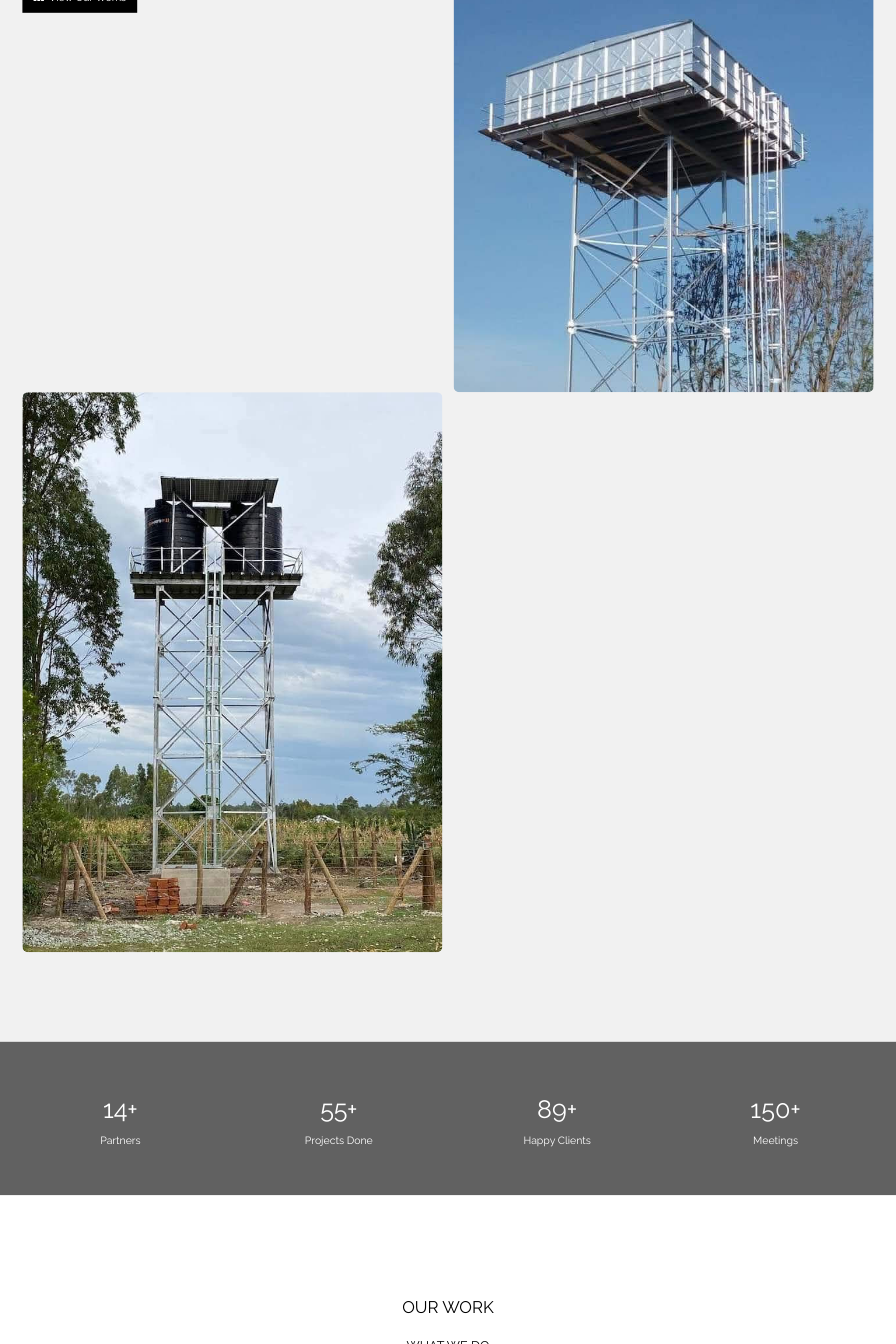
Repository: peterclermy232/LAZCOM
Page: index.html
An editor plug-in stored every save of this project. The page is shown before and after the next save, followed by the edit.
The browser window is 1280 px wide. The pictures show the part of the page from y = 2065 to 3985 px (the page is 7470 px tall), at 70% of full size.
A picture or video elsewhere on the page could not be fetched, so the positions and the page height are approximate.

Above is the page before, as saved 2022-06-23 08:23:19.

### index.html
<!DOCTYPE html>
<html>
<head>
<title>LAZCOM SOLAR AND ELECTRICALS SERVICES</title>
<meta charset="UTF-8">
<meta name="viewport" content="width=device-width, initial-scale=1">
<link rel="stylesheet" href="https://www.w3schools.com/w3css/4/w3.css">
<link rel="stylesheet" href="https://fonts.googleapis.com/css?family=Raleway">
<link rel="stylesheet" href="https://cdnjs.cloudflare.com/ajax/libs/font-awesome/4.7.0/css/font-awesome.min.css">
<style>
body,h1,h2,h3,h4,h5,h6 {font-family: "Raleway", sans-serif}

body, html {
  height: 100%;
  line-height: 1.8;
}

/* Full height image header */
.bgimg-1 {
  background-position: center;
  background-size: cover;
  background-image: url("images/sunsolar.jpeg");
  min-height: 100%;
}

.w3-bar .w3-button {
  padding: 16px;
}
</style>
</head>
<body>

<!-- Navbar (sit on top) -->
<div class="w3-top">
  <div class="w3-bar w3-white w3-card" id="myNavbar">

    <a href="#home" class="w3-bar-item w3-button w3-wide">
        <img src="images/images.png" alt="" style="width: 45%;">
    </a>
    <!-- Right-sided navbar links -->
    <div class="w3-right w3-hide-small">
      <a href="#about" class="w3-bar-item w3-button">ABOUT</a>
      <a href="#team" class="w3-bar-item w3-button"><i class="fa fa-user"></i> REFERENCES</a>
      <a href="#work" class="w3-bar-item w3-button"><i class="fa fa-th"></i> WORK</a>
      <!--<a href="#pricing" class="w3-bar-item w3-button"><i class="fa fa-usd"></i> PRICING</a>-->
      <a href="#contact" class="w3-bar-item w3-button"><i class="fa fa-envelope"></i> CONTACT</a>
    </div>
    <!-- Hide right-floated links on small screens and replace them with a menu icon -->

    <a href="javascript:void(0)" class="w3-bar-item w3-button w3-right w3-hide-large w3-hide-medium" onclick="w3_open()">
      <i class="fa fa-bars"></i>
    </a>
  </div>
</div>

<!-- Sidebar on small screens when clicking the menu icon -->
<nav class="w3-sidebar w3-bar-block w3-black w3-card w3-animate-left w3-hide-medium w3-hide-large" style="display:none" id="mySidebar">
  <a href="javascript:void(0)" onclick="w3_close()" class="w3-bar-item w3-button w3-large w3-padding-16">Close ×</a>
  <a href="#about" onclick="w3_close()" class="w3-bar-item w3-button">ABOUT</a>
  <a href="#team" onclick="w3_close()" class="w3-bar-item w3-button">REFERENCES</a>
  <a href="#work" onclick="w3_close()" class="w3-bar-item w3-button">WORK</a>
  <!--<a href="#pricing" onclick="w3_close()" class="w3-bar-item w3-button">PRICING</a>-->
  <a href="#contact" onclick="w3_close()" class="w3-bar-item w3-button">CONTACT</a>
</nav>

<!-- Header with full-height image -->
<header class="bgimg-1 w3-display-container w3-grayscale-min" id="home">
  <div class="w3-display-left w3-text-white" style="padding:48px">
    <span class="w3-jumbo w3-hide-small" style="color: green;">Services beyond you expectations</span><br>
    <span class="w3-xxlarge w3-hide-large w3-hide-medium">Start something that matters</span><br>
    <span class="w3-large">Lazcom is here to help you stay in a well ventilate house.</span>
    <p><a href="#about" class="w3-button w3-white w3-padding-large w3-large w3-margin-top w3-opacity w3-hover-opacity-off">Learn more and start today</a></p>
  </div>
  <div class="w3-display-bottomleft w3-text-grey w3-large" style="padding:24px 48px">

</header>

<!-- About Section -->
<div class="w3-container" style="padding:128px 16px" id="about">
  <h3 class="w3-center">ABOUT THE COMPANY</h3>
  <p class="w3-center w3-large">Key features of our company</p>
  <div class="w3-row-padding w3-center" style="margin-top:64px">
    <h3 style="text-align: center;">COMPANY PROFILE</h3>
<p>Lazcom Solar and Electrical Services Limited is a Company registered in Kenya
    in accordance to chap. 486 of Company’s act. Started in 2009 as a sole
    proprietorship, Lazcom Solar has grown in customer base and service and it
    was then registered as a Limited Company in Kenya in 2013.
    We
    specialize
    in
    design,
    selection,
    purchase,
    servicing,
    maintenance,
    replacement, installation, testing and commissioning of all types of green
    energy solutions up to and including solar water heating system, power back up
    systems,Borehole drilling and Equiping, solar water pump installation and to
    carry on business as consultants, advisers and service providers in respect of</p>
</div>
    <div class="">

      <p class="w3-large">Visson</p>
      <p>To be a leading alternative energy solutions provider by offering affordable and
        environmental friendly green energy solar solutions beyond the expectations of
        our clients.</p>
    </div>
    <div class="" style="margin: auto;">

      <p class="w3-large">Mission</p>
      <p>To satisfy our customers by offering efficient, effective, environmental friendly
        and affordable electric light, heating and power supplies using the latest
        technology and state of the art equipment for both commercial and residential
        use in accordance to our clients' needs.</p>
    </div>
</div>
    <div class="image">

        <p style="text-align: center;">Values</p>
        <p style="text-align: center;">Our Values Define our Being:</p>
        <div class="fakeimg">
            <ul>
              <li>We accept that challenges make us stronger and we enjoy the satisfaction of a
                job well done. We take action, make things real, work smart, have fun, and
                maintain a positive outlook in all things we do.</li>
              <li>We lead by example and use honesty, integrity, and open communications in all
                of our interactions.</li>
              <li>We strive to continually grow and improve as individuals, as a team, and as a
                company.</li>
              <li>We maintain a cost conscious attitude, promote increased efficiency, and
                ensure quality, which leads to a competitive edge in the marketplace.</li>
              <li>Sustainability and environmental stewardship through alternative energy
                sources and renewable energy systems is the core of our business, not only in
                our products and services we offer, but also the way we operate.</li>
              <li>We achieve customer satisfaction by honoring our commitments, exceeding
                expectations, and providing the highest quality products and service.</li>
            </ul>
          </div>
      </div>
</div>

<!-- Promo Section - "We know design" -->
<div class="w3-container w3-light-grey" style="padding:128px 16px">
  <div class="w3-row-padding">
    <div class="w3-col m6">
      <p><a href="#work" class="w3-button w3-black"><i class="fa fa-th"> </i> View Our Works</a></p>
    </div>
    <div class="w3-col m6">
      <img class="w3-image w3-round-large" src="images/metal.jpeg" alt="Buildings" width="700" height="394">
    </div>
    <div class="w3-col m6">

      <img class="w3-image w3-round-large" src="images/tank.jpeg" alt="Buildings" width="700" height="394">
    </div>

  </div>
</div>

<!-- Team Section -->
<!-- Promo Section "Statistics" -->
<div class="w3-container w3-row w3-center w3-dark-grey w3-padding-64">
  <div class="w3-quarter">
    <span class="w3-xxlarge">14+</span>
    <br>Partners
  </div>
  <div class="w3-quarter">
    <span class="w3-xxlarge">55+</span>
    <br>Projects Done
  </div>
  <div class="w3-quarter">
    <span class="w3-xxlarge">89+</span>
    <br>Happy Clients
  </div>
  <div class="w3-quarter">
    <span class="w3-xxlarge">150+</span>
    <br>Meetings
  </div>
</div>

<!-- Work Section -->
<div class="w3-container" style="padding:128px 16px" id="work">
  <h3 class="w3-center">OUR WORK</h3>
  <p class="w3-center w3-large">WHAT WE DO</p>

  <div class="w3-row-padding" style="margin-top:64px">
    <div class="w3-col l3 m6">
      <div class="w3-quarter">
        <img src="images/person1.jpeg" alt="">
      </div>

    </div>
   <!-- <div class="w3-col l3 m6">
      <div class="w3-quarter">
        <img src="images/person2.jpeg" alt="">
      </div>
    </div>
    -->
    <div class="w3-col l3 m6">
      <div class="w3-quarter">
        <img src="images/machine.jpeg" alt="">
      </div>
    </div>
  </div>

  <div class="w3-row-padding" style="margin-top:64px">
    <div class="w3-col l3 m6">
        <ol>
            <li>Designs, installations and Maintainance.</li>
            <li>Solar energy(lighting,water heating,pumping and street lighting)</li>
            <li>Power back-up system installation and maintainance</li>
            <li>Service and maintainance contracts</li>
            <li>Water pumps and Borehole services(Drilling and Equiping).</li>
            <li>General electrical designs and installations.</li>
            <li>Swimming pool design,installation and maintainance.</li>
          </ol>
    </div>
    <div class="w3-col l3 m6">
        <ol>
            <h3>We supply and install:</h3>
            <div>
              <li>Solar panels</li>
              <li>Generators</li>
              <li>Solar batteries</li>
              <li>Water pumps</li>
              <li>Inverters</li>
              <li>Electrical and plumbling</li>
              <li>Solar water heating systems</li>
              <li>Wiring</li>
              </div>
        </ol>
    </div>
    <div class="w3-col l3 m6">
        <h5>P.V application</h5>
        <ol>
          <li>Household appliances e.g. TVs, radio, home theatre, laptops etc</li>
          <li>Water pumping for small scale remote irrigation, stock watering and
            residential use.</li>
          <li>Lighting for residential needs, billboards, security, street lights, parking
            lots, pathways and schools.</li>
          <li>Refrigeration for medical and recreational uses.</li>
        </ol>
    </div>
    <div class="w3-col l3 m6">
        <p>Advantages of solar lighting</p>
  <ol>
    <li>Reliability</li>
    <li>Low operating costs</li>
    <li>Low environmental pollution</li>
    <li>Stand alone capability</li>
    <li>Portability</li>
    <li>Modularity</li>
    <li>Safety</li>
    <li>Ease of installation</li>
  </ol>
    </div>
  </div>

  <div class="w3-row-padding w3-section">
    <div class="w3-col l3 m6">
        <ol class=" flex-column">
            <h6><b>Solar powered water pumping systems (diagrams/pictures)</b></h6>
            <li class="nav-item">
              Grundfos -borehole applications
            </li>
            <li class="nav-item">
              Lorentzs pumps- for shallow wells,boreholes and booster applicati
            </li>
            <li class="nav-item">
              Dayliff pumps- shallow wells,surface and borehole pumps
            </li>
            <li class="nav-item">
              Solar security light
            </li>
            <li class="nav-item">
              Solar powered lanterns
            </li>
            <li class="nav-item">
              Solar garden lights
            </li>
            <li class="nav-item">
              Solar cell phone charger
            </li>
            <li class="nav-item">
              LED bulbs
            </li>
          </ol>
    </div>
    <div class="w3-col l3 m6">
        <p>Advantages of solar water system</p>
        <ol>
          <li>Energy Saving</li>
          <li>Use of free solar energy hence reduction of power bills.</li>
          <li>24 hours hot water</li>
          <li>Long life span-over 20 years</li>
          <li>Maintenance free system</li>
        </ol>
    </div>
    <div class="w3-col l3 m6">
        <p>Advantages of power backup systems</p>
        <ol>
          <li>Standby power in the event of main’s failure</li>
          <li>Alternative to generators which are expensive to maintain and fuel</li>
          <li>Instant and automatic changeover when the mains power fails</li>
          <li>Totally silent and non-polluting operation</li>
          <li>Very low running costs-just the power to charge the batteries</li>
        </ol>
    </div>
    <div class="w3-col l3 m6">
      <img src="/w3images/tech_tableturner.jpg" style="width:100%" onclick="onClick(this)" class="w3-hover-opacity" alt="A tableturner">
    </div>
  </div>
</div>

<!-- Modal for full size images on click-->
<div id="modal01" class="w3-modal w3-black" onclick="this.style.display='none'">
  <span class="w3-button w3-xxlarge w3-black w3-padding-large w3-display-topright" title="Close Modal Image">×</span>
  <div class="w3-modal-content w3-animate-zoom w3-center w3-transparent w3-padding-64">
    <img id="img01" class="w3-image">
    <p id="caption" class="w3-opacity w3-large"></p>
  </div>
</div>

<!-- Skills Section -->
<div class="w3-container w3-light-grey w3-padding-64">
  <div class="w3-row-padding">
    <div class="w3-col m6">
      <h3>Our Skills.</h3>
    <!--  <p>Lorem ipsum dolor sit amet, consectetur adipiscing elit, sed do eiusmod<br>
      tempor incididunt ut labore et dolore.</p>
      <p>Lorem ipsum dolor sit amet, consectetur adipiscing elit, sed do eiusmod<br>
      tempor incididunt ut labore et dolore.</p>
      -->
    </div>
    <div class="w3-col m6">
      <p class="w3-wide"><i class="fa fa-camera w3-margin-right"></i>Solar Installation</p>
      <div class="w3-grey">
        <div class="w3-container w3-dark-grey w3-center" style="width:90%">90%</div>
      </div>
      <p class="w3-wide"><i class="fa fa-desktop w3-margin-right"></i>Plumbing</p>
      <div class="w3-grey">
        <div class="w3-container w3-dark-grey w3-center" style="width:85%">85%</div>
      </div>
      <p class="w3-wide"><i class="fa fa-photo w3-margin-right"></i>Wiring</p>
      <div class="w3-grey">
        <div class="w3-container w3-dark-grey w3-center" style="width:75%">75%</div>
      </div>
    </div>
  </div>
</div>

<!-- Pricing Section
<div class="w3-container w3-center w3-dark-grey" style="padding:128px 16px" id="pricing">
  <h3>PRICING</h3>
  <p class="w3-large">Choose a pricing plan that fits your needs.</p>
  <div class="w3-row-padding" style="margin-top:64px">
    <div class="w3-third w3-section">
      <ul class="w3-ul w3-white w3-hover-shadow">
        <li class="w3-black w3-xlarge w3-padding-32">Basic</li>
        <li class="w3-padding-16"><b>10GB</b> Storage</li>
        <li class="w3-padding-16"><b>10</b> Emails</li>
        <li class="w3-padding-16"><b>10</b> Domains</li>
        <li class="w3-padding-16"><b>Endless</b> Support</li>
        <li class="w3-padding-16">
          <h2 class="w3-wide">$ 10</h2>
          <span class="w3-opacity">per month</span>
        </li>
        <li class="w3-light-grey w3-padding-24">
          <button class="w3-button w3-black w3-padding-large">Sign Up</button>
        </li>
      </ul>
    </div>
    <div class="w3-third">
      <ul class="w3-ul w3-white w3-hover-shadow">
        <li class="w3-red w3-xlarge w3-padding-48">Pro</li>
        <li class="w3-padding-16"><b>25GB</b> Storage</li>
        <li class="w3-padding-16"><b>25</b> Emails</li>
        <li class="w3-padding-16"><b>25</b> Domains</li>
        <li class="w3-padding-16"><b>Endless</b> Support</li>
        <li class="w3-padding-16">
          <h2 class="w3-wide">$ 25</h2>
          <span class="w3-opacity">per month</span>
        </li>
        <li class="w3-light-grey w3-padding-24">
          <button class="w3-button w3-black w3-padding-large">Sign Up</button>
        </li>
      </ul>
    </div>
    <div class="w3-third w3-section">
      <ul class="w3-ul w3-white w3-hover-shadow">
        <li class="w3-black w3-xlarge w3-padding-32">Premium</li>
        <li class="w3-padding-16"><b>50GB</b> Storage</li>
        <li class="w3-padding-16"><b>50</b> Emails</li>
        <li class="w3-padding-16"><b>50</b> Domains</li>
        <li class="w3-padding-16"><b>Endless</b> Support</li>
        <li class="w3-padding-16">
          <h2 class="w3-wide">$ 50</h2>
          <span class="w3-opacity">per month</span>
        </li>
        <li class="w3-light-grey w3-padding-24">
          <button class="w3-button w3-black w3-padding-large">Sign Up</button>
        </li>
      </ul>
    </div>
  </div>
</div>-->

<!-- Contact Section -->
<div class="w3-container w3-light-grey" style="padding:128px 16px" id="contact">
  <h3 class="w3-center">CONTACT</h3>
  <p class="w3-center w3-large">Lets get in touch. Send us a message:</p>
  <div style="margin-top:48px">
    <p><i class="fa fa-map-marker fa-fw w3-xxlarge w3-margin-right"></i> NAIROBI,Kenya</p>
    <p><i class="fa fa-phone fa-fw w3-xxlarge w3-margin-right"></i> Phone: +2547724394458 or +254753532902</p>
    <p><i class="fa fa-envelope fa-fw w3-xxlarge w3-margin-right"> </i> Email: lazkomsolar@gmail.com</p>
    <br>
  <!--  <form action="/action_page.php" target="_blank">
      <p><input class="w3-input w3-border" type="text" placeholder="Name" required name="Name"></p>
      <p><input class="w3-input w3-border" type="text" placeholder="Email" required name="Email"></p>
      <p><input class="w3-input w3-border" type="text" placeholder="Subject" required name="Subject"></p>
      <p><input class="w3-input w3-border" type="text" placeholder="Message" required name="Message"></p>
      <p>
        <button class="w3-button w3-black" type="submit">
          <i class="fa fa-paper-plane"></i> SEND MESSAGE
        </button>
      </p>
    </form>
  -->
    <!-- Image of location/map
    <img src="/w3images/map.jpg" class="w3-image w3-greyscale" style="width:100%;margin-top:48px">
    -->

  </div>
</div>
<div class="w3-container" style="padding:128px 16px" id="team">
    <h3 class="w3-center">REFERENCES:</h3>
    <p class="w3-center w3-large">The ones who we have worked For</p>
    <div class="w3-row-padding w3-grayscale" style="margin-top:64px">
      <div class="w3-col l3 m6 w3-margin-bottom">
          <div class="w3-container">

              <li style="color:red">Loreto srs....Maryward cent
                ...contact..0720953022</li>
            <p>Solar hot water systems...12no.units</p>
            <p>Borehole services</p>
            <p>Generator services</p>
            </li>
          </div>

      </div>
      <div class="w3-col l3 m6 w3-margin-bottom">

          <div class="w3-container">
            <li style="color:red">missionaries of Africa....Contact..
                0718080276</li>
                <p>Solar hot water systems....3units</p>
                <p>Inverter systems....5kw system.</p>
            </li>
          </div>

      </div>
      <div class="w3-col l3 m6 w3-margin-bottom">
          <div class="w3-container">
            <li style="color:red"> Consolata sisters:......
                contact:sr.karthy....0712588471</li>
                <p>Solar hot water systems...6units.</p>
                <p>Borehole services...2no.borehole.</p>
            </li>
          </div>

      </div>
      <div class="w3-col l3 m6 w3-margin-bottom">
          <div class="w3-container">
            <li style="color:red">Hekima University college............Contact:Fr.Elius..0720836944</li>
            <p>Solar hot water systems......8units.</p>
            <p>Borehole services....1no.</p>
            <p>Generator services.</p>
            </li>
          </div>

      </div>
    </div>
  </div>


<!-- Footer -->
<footer class="w3-center w3-black w3-padding-64">
  <a href="#home" class="w3-button w3-light-grey"><i class="fa fa-arrow-up w3-margin-right"></i>To the top</a>
  <div class="w3-xlarge w3-section">
    <i class="fa fa-facebook-official w3-hover-opacity"></i>
    <i class="fa fa-instagram w3-hover-opacity"></i>
    <i class="fa fa-snapchat w3-hover-opacity"></i>
    <i class="fa fa-pinterest-p w3-hover-opacity"></i>
    <i class="fa fa-twitter w3-hover-opacity"></i>
    <i class="fa fa-linkedin w3-hover-opacity"></i>
  </div>
 <!--<p>Powered by <a href="https://www.w3schools.com/w3css/default.asp" title="W3.CSS" target="_blank" class="w3-hover-text-green">w3.css</a></p>-->
</footer>

<script>
// Modal Image Gallery
function onClick(element) {
  document.getElementById("img01").src = element.src;
  document.getElementById("modal01").style.display = "block";
  var captionText = document.getElementById("caption");
  captionText.innerHTML = element.alt;
}


// Toggle between showing and hiding the sidebar when clicking the menu icon
var mySidebar = document.getElementById("mySidebar");

function w3_open() {
  if (mySidebar.style.display === 'block') {
    mySidebar.style.display = 'none';
  } else {
    mySidebar.style.display = 'block';
  }
}

// Close the sidebar with the close button
function w3_close() {
    mySidebar.style.display = "none";
}
</script>

</body>
</html>

After the next save:
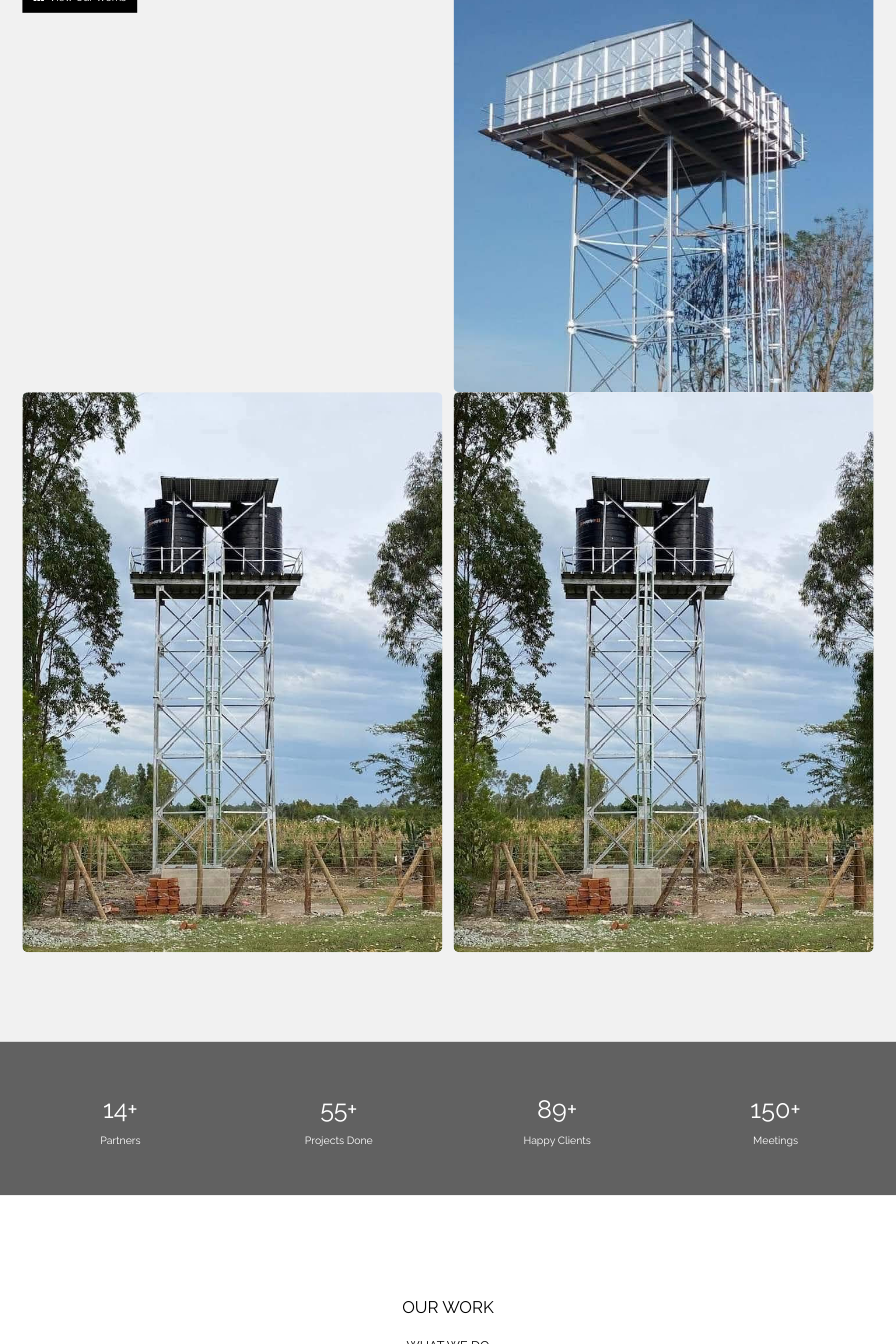
Saved 33 s later.
--- a/index.html
+++ b/index.html
@@ -152,7 +152,10 @@ body, html {
 
       <img class="w3-image w3-round-large" src="images/tank.jpeg" alt="Buildings" width="700" height="394">
     </div>
-
+    <div class="w3-col m6">
+
+      <img class="w3-image w3-round-large" src="images/tank.jpeg" alt="Buildings" width="700" height="394">
+    </div>
   </div>
 </div>
 
